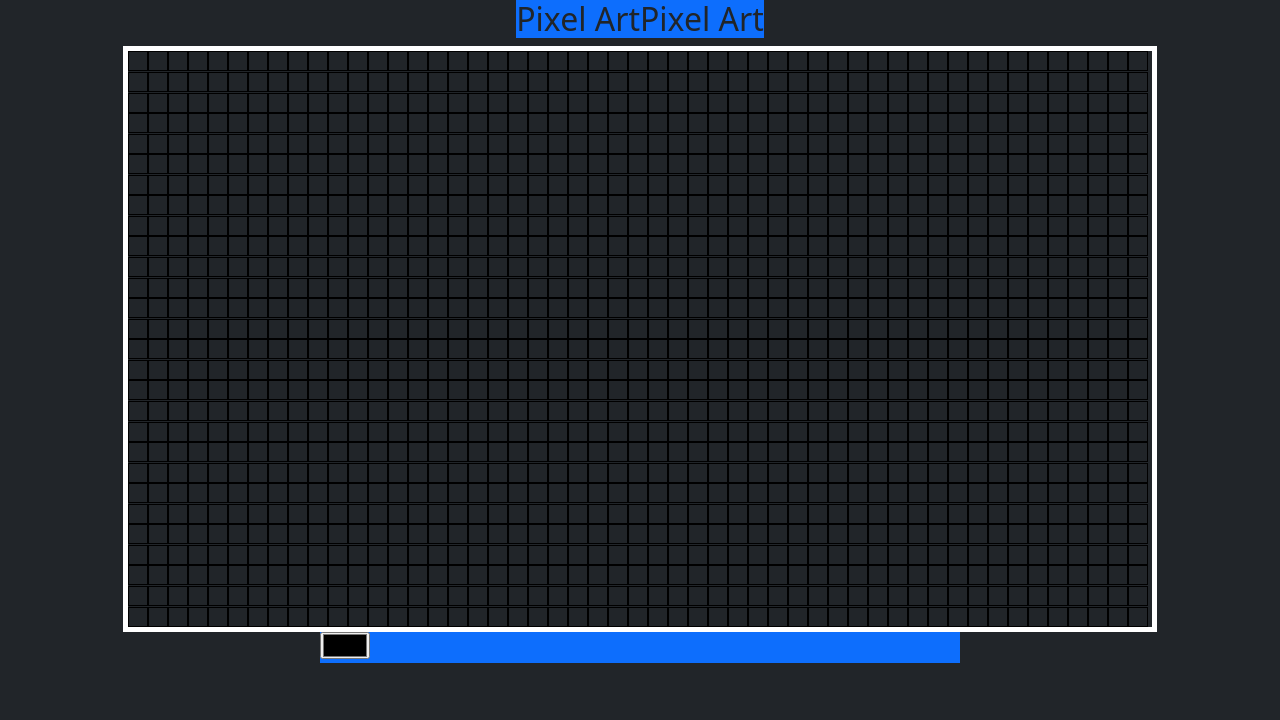
Repository: bechara611/pixelartdb
Page: /
An editor plug-in stored every save of this project. The page is shown before and after a run of saves, followed by the edit.
The browser window is 1280 px wide. The pictures show the whole page.
The project was rebuilt for these pictures with package versions that can differ from the ones it lists, and the page was loaded fresh each time. Also part of the build but not shown: vite.config.js.

Above is the page before, as saved 2023-03-07 11:47:36.

### src/main.jsx
import React from 'react'
import ReactDOM from 'react-dom/client'
import App from './App'
import 'bootstrap/dist/css/bootstrap.min.css'
import 'bootstrap/dist/js/bootstrap.bundle.js'

ReactDOM.createRoot(document.getElementById('root')).render(

    <App />

)

### src/App.jsx

import { useEffect, useState } from 'react'
import './App.css'
import { SelectableGroup } from 'react-selectable-fast'
import { Pixel } from './Pixel'

const App = () => {
  const [pixels, setPixels] = useState([])
  const [isSelecting, setIsSelecting] = useState(false)
  const [startIndex, setStartIndex] = useState(null)
  const [colorActual, setcolorActual] = useState('transparent')

  useEffect(() => {
    let contenedor = document.getElementById('contenedor')
    let divsAloAlto = Math.floor(contenedor.offsetHeight / 20)
    let divsAlOancho = Math.floor(contenedor.offsetWidth / 20);
    //para saber cuantos divs necesita un contenedor multiplica el numero de divs a lo alto * el numero de divds a lo ancho
    setPixels(Array.from({ length: divsAloAlto * divsAlOancho }, () => { return { active: false, color: colorActual } }))

  }, [])

  const funcionArray = (index) => {
    let nuevoArray = [...pixels]
    nuevoArray[index] = { active: true, color: colorActual }
    setPixels(nuevoArray)
  }

  useEffect(() => {
    //console.log({ pixels })
  }, [pixels])

  const onMouseDown = (index) => {
    setIsSelecting(true);
    setStartIndex(index)
    // console.log('onMouseDown')
  }


  const onMouseOver2 = (index) => {
    if (isSelecting) {
      const pixelsupdated = [...pixels]
      pixelsupdated[index] = { ...pixelsupdated[index], active: true, color: colorActual }

      setPixels(pixelsupdated)

    }
    // console.log('onMouseOver')
  }
  const onMouseUp2 = (index) => {
    setIsSelecting(false)

  }
  return (
    <>
      <div className="bg-dark fondo">
        <div className="contenedor-mayor header">
          <h2 className='bg-primary'>Pixel Art</h2>
          <h2 className='bg-primary'>Pixel Art</h2>
        </div>

        <div className="contenedor-mayor ">
          <div className="contorno">
            <div className="contenedor " id='contenedor'>

              {

                pixels.map((a, index) => {
                  return <Pixel key={index}
                    color={a.color}
                    active={a.active}
                    funcion={() => funcionArray(index)}
                    onMouseDown={() => { onMouseDown(index) }}
                    onMouseUp={() => { onMouseUp2(index) }}
                    onMouseOver={() => { onMouseOver2(index) }}
                  ></Pixel>
                })

              }

            </div>
          </div>
        </div>
        <div className="col-12 contenedor-mayor">
          <div className="col-6 bg-primary">
            <input type="color" onChange={(e) => { setcolorActual(e.target.value) }} />
          </div>
        </div>
      </div>
    </>
  )
}

export default App

### src/App.css
.fondo{
  height: 100vh;
}

.contorno{
  border: 5px solid white;
}

.contenedor-mayor{
  display: flex;
  flex-direction: row;
  justify-content: center;
  justify-self: center;
  align-items: center;

}

.pixel {
  width: 20px;
  height: 20px;
  border: 1px solid rgb(0, 0, 0);

  box-sizing: border-box;

}

.active {
background: transparent;
}

.contenedor {

  display: flex;
  flex-direction: row;
  flex-wrap: wrap;
  width: 80vw;
  height: 80vh;
  max-width: 80vw;
  max-height: 80vh;



}

### src/Pixel.jsx
import React, { useState } from 'react'
import './App.css'
import {selectableGroup, createSelectable} from 'react-selectable-fast'
export const Pixel = (props) => {
    const [isActive, setisActive] = useState(false)
  return (

 <div className={`pixel ${props.active ? 'active' : ''}`} style={{ background:props.active ? props.color : ''}}
 onClick={()=>{
    setisActive(!isActive)
    props.funcion();
}}
onMouseDown={()=>{props.onMouseDown()}}
onMouseUp={()=>{props.onMouseUp()}}
onTouchEnd={()=>{props.onMouseUp()}}
onMouseOver={()=>{props.onMouseOver()}}
onTouchStart={()=>{{
    props.onMouseDown()
    props.onMouseOver()}}}
 >

 </div>
  )
}

Loaded but not shown: index.html (common file)

After the next 2 saves:
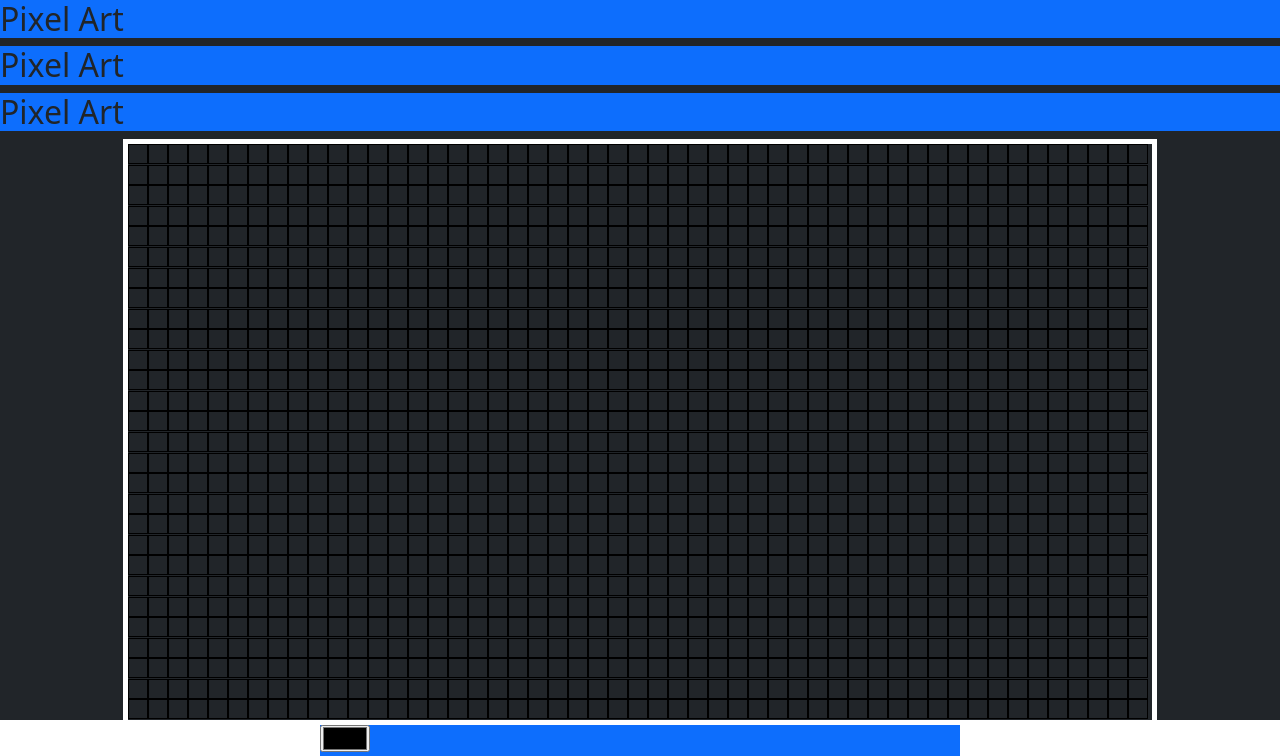
The 2 saves are shown as one change because they came seconds apart.
The last was saved 7 s later.
--- a/src/App.jsx
+++ b/src/App.jsx
@@ -53,7 +53,8 @@ const App = () => {
   return (
     <>
       <div className="bg-dark fondo">
-        <div className="contenedor-mayor header">
+        <div className="contenedor-mayor2 header">
+        <h2 className='bg-primary'>Pixel Art</h2>
           <h2 className='bg-primary'>Pixel Art</h2>
           <h2 className='bg-primary'>Pixel Art</h2>
         </div>
